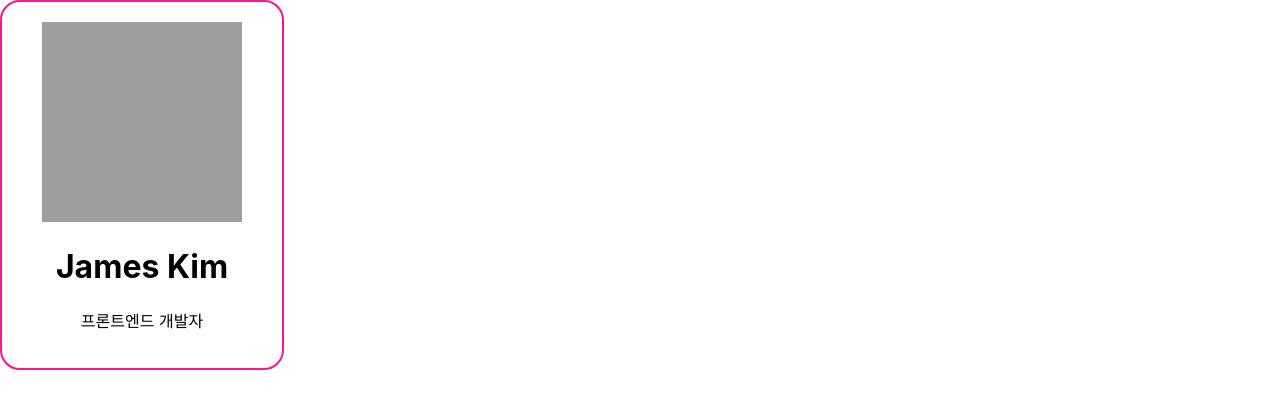
Repository: dnjfht/css-example
Page: /
These files come from the project's save history. The page is drawn as it stood at one moment and after the next save; the edit follows.
The browser window is 1280 px wide. The pictures show the whole page.
Pictures or frames that could not be fetched are drawn as grey boxes. The project was rebuilt for these pictures with package versions that can differ from the ones it lists, and the page was loaded fresh each time. Also part of the build but not shown: src/App.css.

Above is the page before, as saved 2023-05-09 09:05:30.

### src/App.js
import "./App.css";
import Profile from "./components/Profile";

function App() {
  const name = "승민";
  const list = ["우유", "딸기", "바나나"];

  return (
    <>
      <Profile />
    </>
  );
}

export default App;

### src/components/Profile.jsx
import React from "react";

export default function Profile() {
  return (
    <div
      style={{
        width: 240,
        padding: 20,
        textAlign: "center",
        border: "2px solid deeppink",
        borderRadius: 20,
        background:
          "linear-gradient(0deg, rgba(148,187,233,1) 0%, rgba(238,174,202,1) 100%);",
      }}
    >
      <img
        style={{ width: 200, height: 200, objectFit: "cover" }}
        src="https://images.unsplash.com/photo-1618641986557-1ecd230959aa?ixlib=rb-4.0.3&ixid=MnwxMjA3fDB8MHxwaG90by1wYWdlfHx8fGVufDB8fHx8&auto=format&fit=crop&w=687&q=80"
        alt="profileImg"
      />
      <h1>James Kim</h1>
      <p>프론트엔드 개발자</p>
    </div>
  );
}

Loaded but not shown: public/index.html (common file); src/index.js (common file); src/index.css (common file); src/reportWebVitals.js (common file)

After the next save:
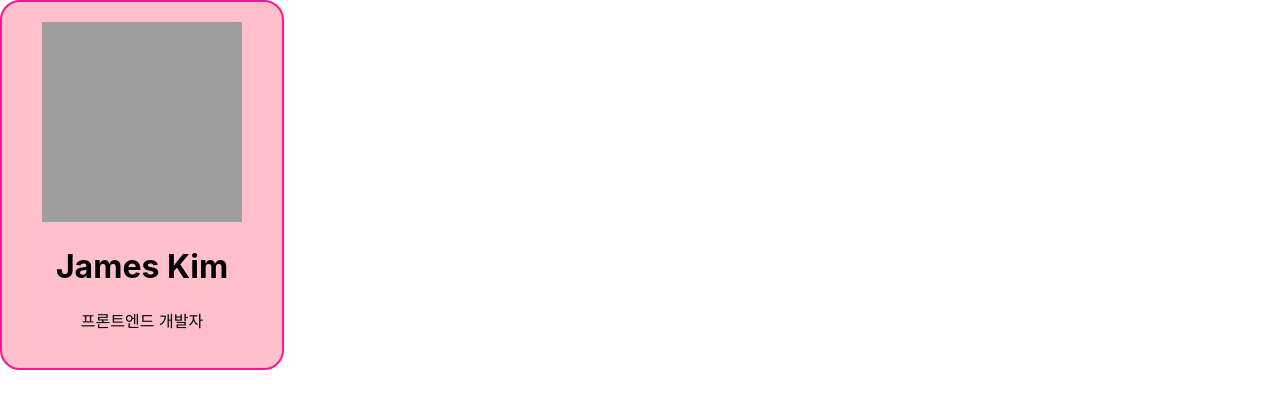
Saved 33 s later.
--- a/src/components/Profile.jsx
+++ b/src/components/Profile.jsx
@@ -9,8 +9,7 @@ export default function Profile() {
         textAlign: "center",
         border: "2px solid deeppink",
         borderRadius: 20,
-        background:
-          "linear-gradient(0deg, rgba(148,187,233,1) 0%, rgba(238,174,202,1) 100%);",
+        background: "pink",
       }}
     >
       <img
